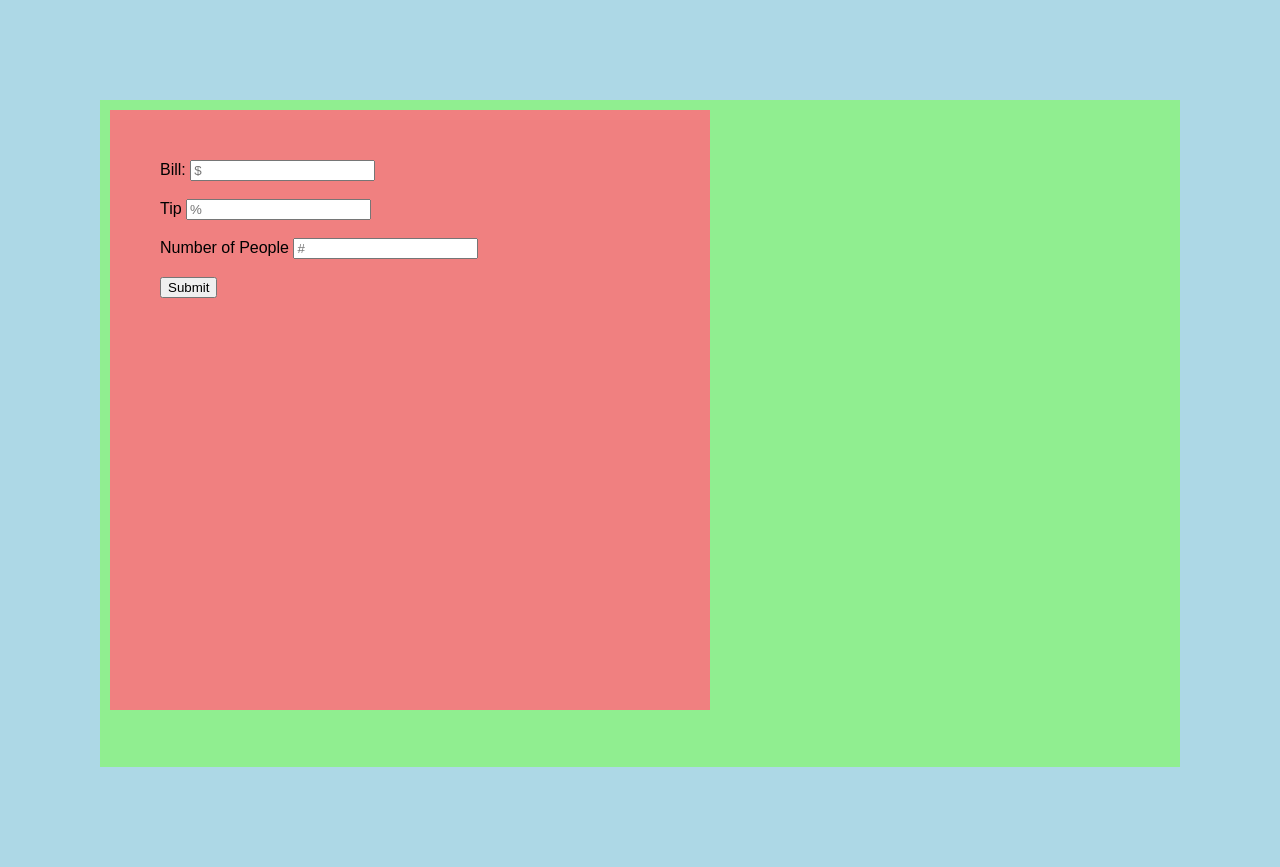
Repository: SamirIngley/Tip-Calculator
Page: tip_display.html
These files come from the project's save history. The page is drawn as it stood at one moment and after the next save; the edit follows.
The browser window is 1280 px wide. The pictures show the whole page.

Above is the page before, as saved 2020-02-13 08:06:11.

After the next save:
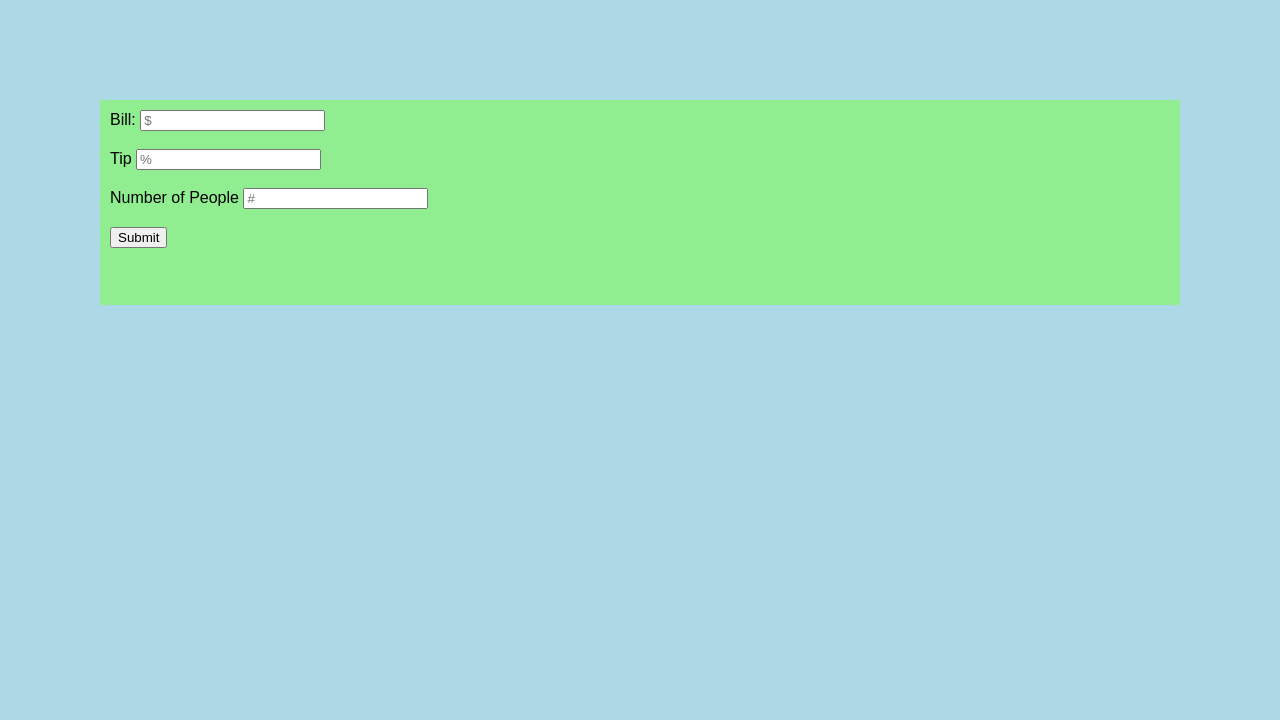
Saved 16 s later.
--- a/tip_display.html
+++ b/tip_display.html
@@ -11,7 +11,7 @@
 
     <div class="main-content">
         <div>
-        <form id='form' class='form'>
+        <form id='form'>
             <div>
                 <label>Bill:</label>
                 <input id='bill' type="number" name="bill" placeholder="$">

After the save that followed:
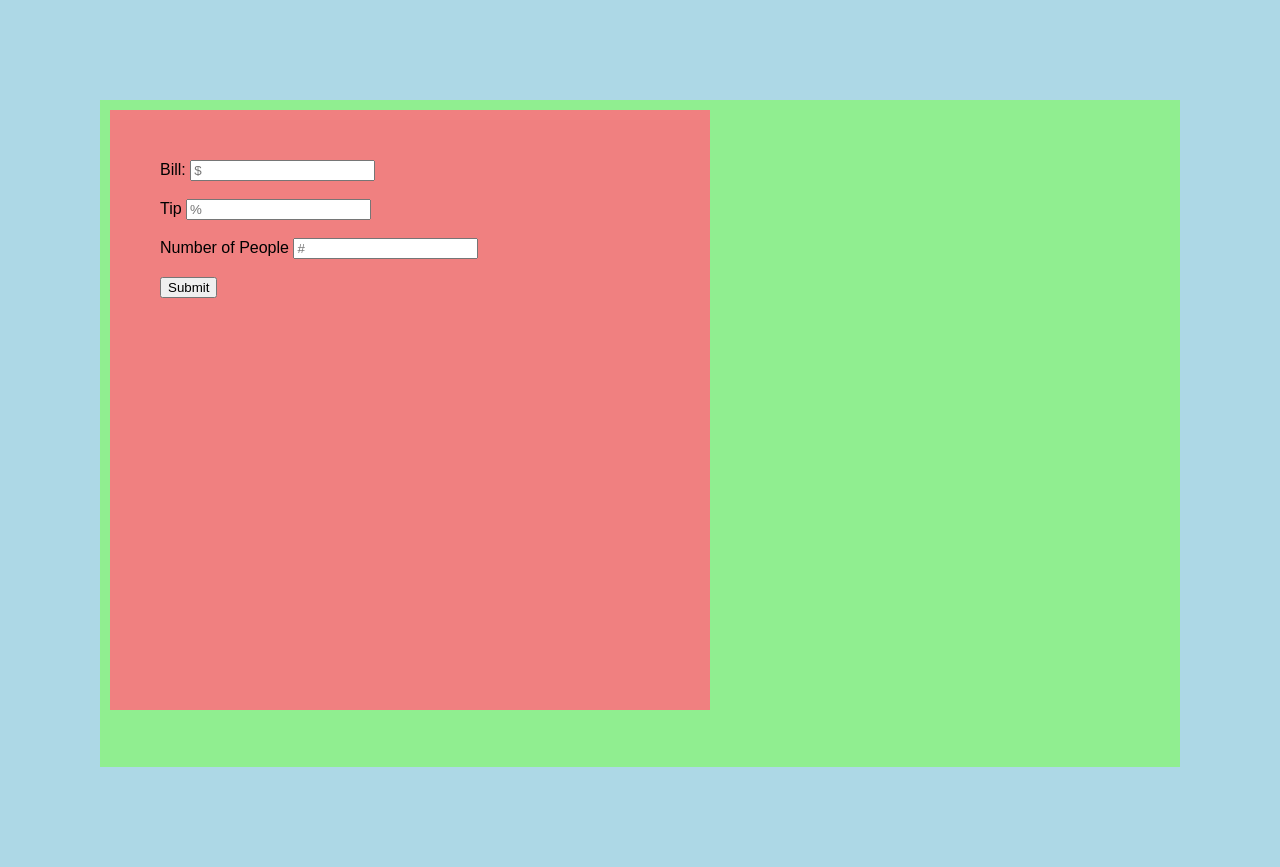
Saved 8 s later.
--- a/tip_display.html
+++ b/tip_display.html
@@ -11,7 +11,7 @@
 
     <div class="main-content">
         <div>
-        <form id='form'>
+        <form id='form' class='form'>
             <div>
                 <label>Bill:</label>
                 <input id='bill' type="number" name="bill" placeholder="$">
